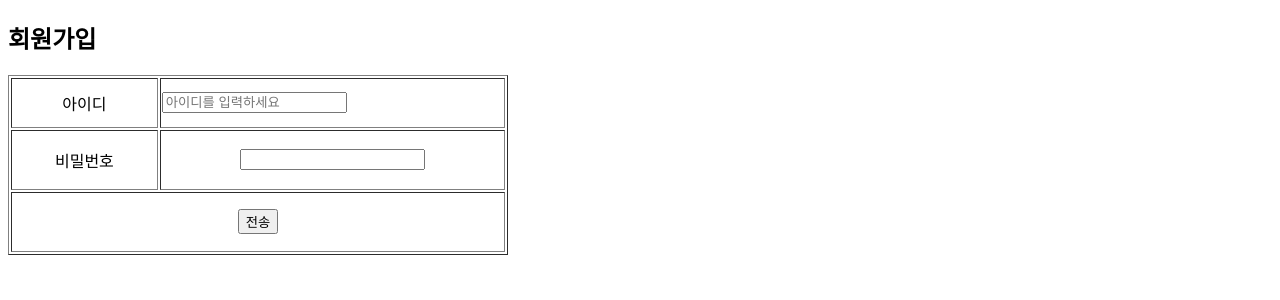
Repository: hyeongu135-ui/Jsp2026
Page: http://localhost/chapter01/Request/Requestjoin.jsp
An editor plug-in stored every save of this project. The page is shown before and after the next save, followed by the edit.
The browser window is 1280 px wide. The pictures show the whole page.
The page is served by Tomcat 9.

Above is the page before, as saved 2026-10-19 06:33:33.

### chapter01/src/main/webapp/Request/Requestjoin.jsp
<%@ page language="java" contentType="text/html; charset=UTF-8"
    pageEncoding="UTF-8" import="java.util.*"%>
<!DOCTYPE html>
<html>
<head>
<meta charset="UTF-8">
<title>Insert title here</title>
</head>
<body>
	<div class="container">
	<h2> 회원가입 </h2>

	<form action="RequestJoinProc.jsp" method="post">
		<table width="500" border="1">
			<tr height="50">
				<td align="center" width="150">아이디</td>
				<td width="350">
					<input type="text" name ="id" placeholder="아이디를 입력하세요">
				</td>
			</tr>
			<tr height="60">
				<td align="center" width="150">비밀번호</td>
				<td align="center" width="350">
					<input type="password" name ="pass">
				</td>
			</tr>
			<tr height="60">
				<td colspan="2" align="center" width="150">
					<input type="submit" value ="전송">
				</td>
			</tr>
		</table>
	</form>
	</div>
</body>
</html>

After the next save:
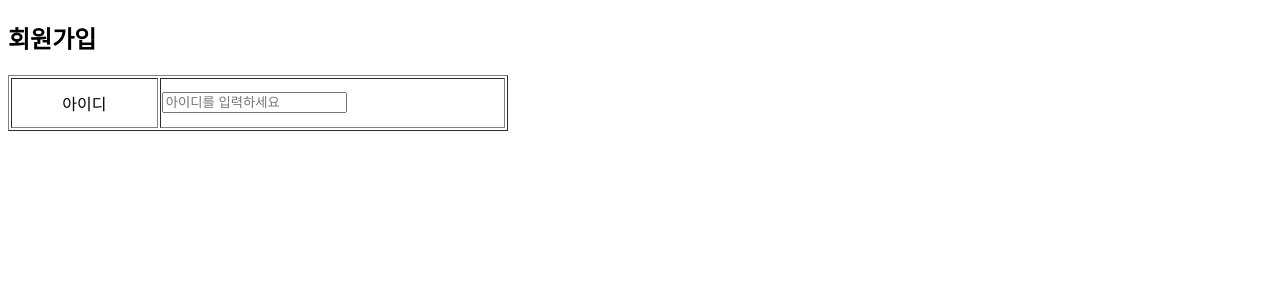
Saved 18 s later.
--- a/chapter01/src/main/webapp/Request/Requestjoin.jsp
+++ b/chapter01/src/main/webapp/Request/Requestjoin.jsp
@@ -18,17 +18,7 @@
 					<input type="text" name ="id" placeholder="아이디를 입력하세요">
 				</td>
 			</tr>
-			<tr height="60">
-				<td align="center" width="150">비밀번호</td>
-				<td align="center" width="350">
-					<input type="password" name ="pass">
-				</td>
-			</tr>
-			<tr height="60">
-				<td colspan="2" align="center" width="150">
-					<input type="submit" value ="전송">
-				</td>
-			</tr>
+
 		</table>
 	</form>
 	</div>
